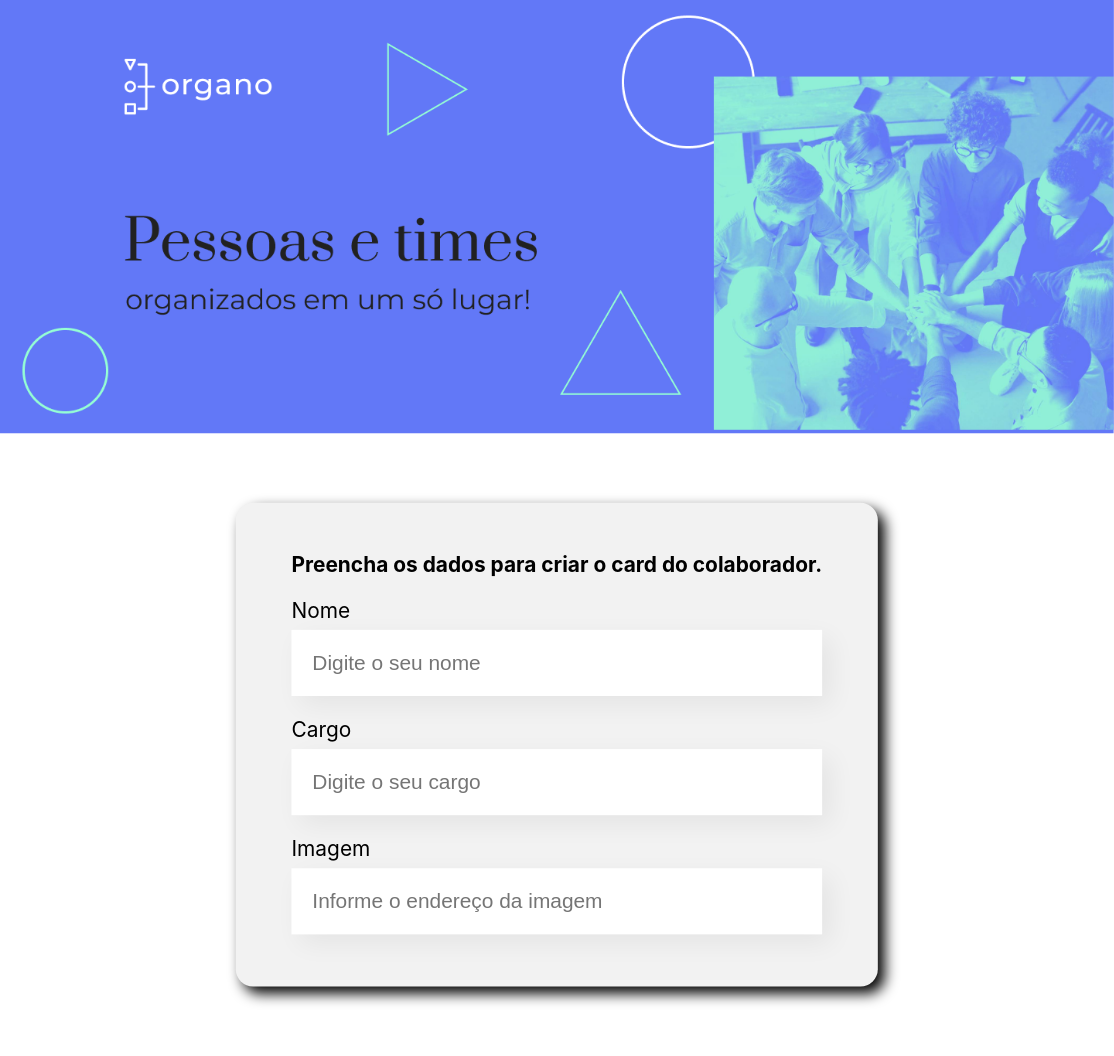
Repository: devMuriloOliveira/organo
Page: /
An editor plug-in stored every save of this project. The page is shown before and after the next save, followed by the edit.
The browser window is 1280 px wide. The pictures show the whole page, at 87% of full size.
The project was rebuilt for these pictures with package versions that can differ from the ones it lists, and the page was loaded fresh each time.

Above is the page before, as saved 2023-01-10 19:08:19.

### src/App.js

import Banner from './componentes/Banner/Banner'
import Formulario from './componentes/Formulario'


function App() {
  return (
    <div className="App">
      <Banner/>
      <Formulario/>


    </div>
  )
}

export default App

### src/componentes/Banner/Banner.js
import './Banner.css'

function Banner() {
  return (
    <header className="banner">
      <img src="/imagens/banner.png" alt="O banner principal da pagina Organo"/>
    </header>


    )

}

export default Banner

### src/componentes/Formulario/index.js
import CampoTexto from '../CampoTexto'
import './Formulario.css'

const Formulario = () =>{
  return(
    <section className='formulario'>
      <form>
        <h2>Preencha os dados para criar o card do colaborador.</h2>
      <CampoTexto label="Nome" placeholder="Digite o seu nome"/>
      <CampoTexto label="Cargo" placeholder="Digite o seu cargo"/>
      <CampoTexto label="Imagem" placeholder="Informe o endereço da imagem"/>
      </form>
    </section>
  )
}

export default Formulario

### src/componentes/Banner/Banner.css
.banner {
  background-color: #6278F7;
  text-align: center;
}

.banner img {
  max-width: 100%;
}

### src/componentes/CampoTexto/index.js
import './CampoTexto.css'

const CampoTexto = (props) =>{

  return(
    <div className="campo-texto">
      <label>{props.label}</label>
      <input placeholder={props.placeholder}/>
    </div>
  )
}

export default CampoTexto

### src/componentes/Formulario/Formulario.css
.formulario {
  display: flex;
  justify-content: center;
  margin: 80px 0;
}

.formulario form {
  max-width: 80%;
  background-color: #f2f2f2;
  border-radius: 20px;
  padding: 36px 64px;
  box-shadow: 8px 8px 16px;
}

### src/componentes/CampoTexto/CampoTexto.css
.campo-texto {
  margin: 24px 0;
}

.campo-texto label {
  display: block;
  margin-bottom: 8px;
  font-size: 24px;
}

.campo-texto input {
  background-color: #fff;
  box-shadow: 10px 10px 30px rgba(0, 0, 0, 0.06);
  width: 100%;
  border: none;
  font-size: 24px;
  padding: 24px;
  box-sizing: border-box;
}

Loaded but not shown: public/index.html (common file); src/index.js (common file); src/index.css (common file)

After the next save:
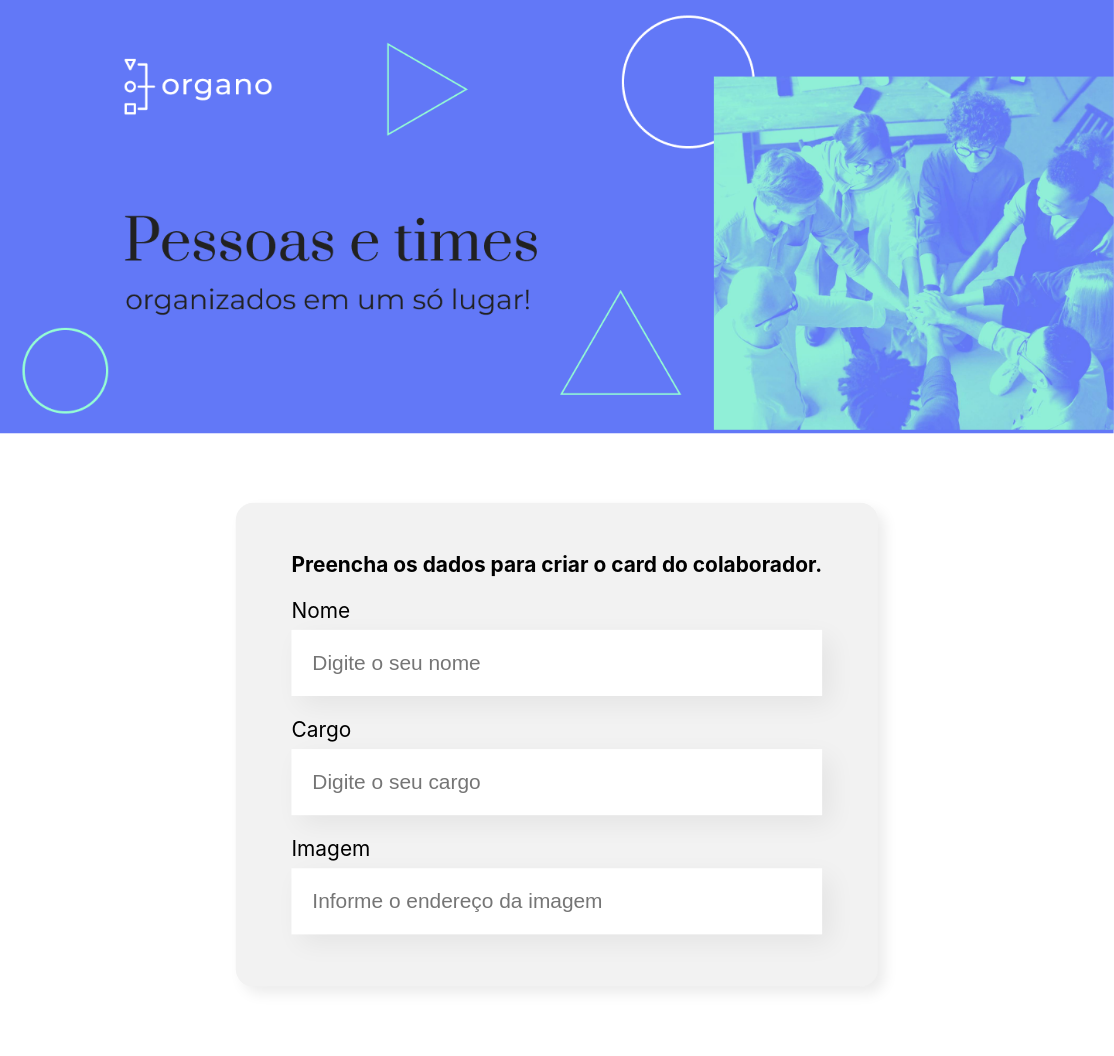
Saved 27 s later.
--- a/src/componentes/Formulario/Formulario.css
+++ b/src/componentes/Formulario/Formulario.css
@@ -9,5 +9,5 @@
   background-color: #f2f2f2;
   border-radius: 20px;
   padding: 36px 64px;
-  box-shadow: 8px 8px 16px;
+  box-shadow: 8px 8px 16px rgba(0, 0, 0, 0.08);
 }
